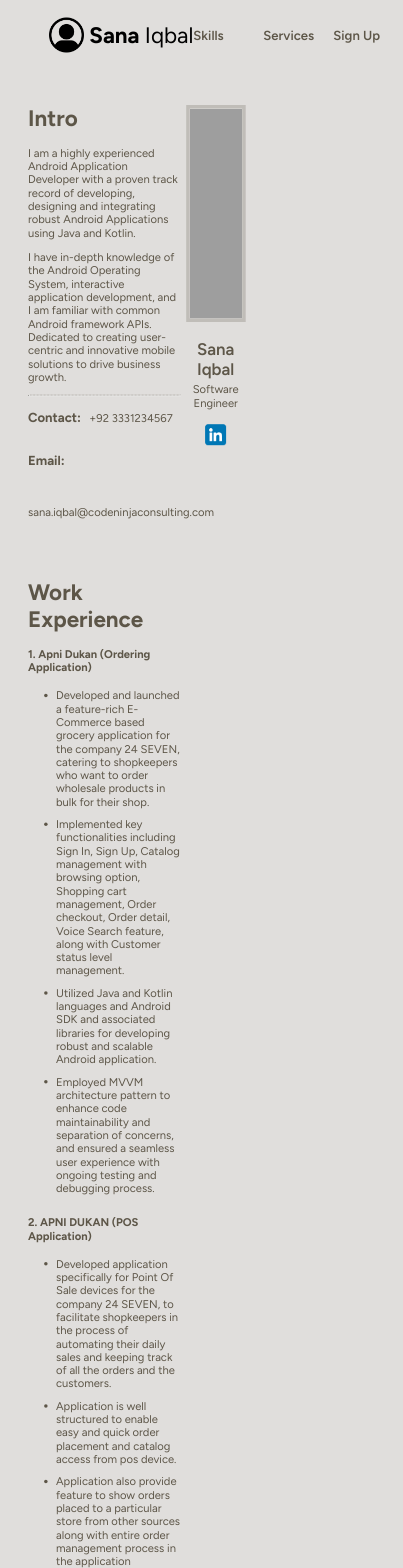
Repository: SanaIqbalDev/Portfolio
Page: portfolio.html
The author's editor kept a copy of each file at every save. The page is drawn from the files as they stood at one save, then again after the next save.
The browser window is 375 px wide. The page is 576 px wide, so the pictures cover 576 px, including what lies to the right of the window. The pictures show the part of the page from y = 0 to 2240 px (the page is 5297 px tall before and 5287 px after), at 70% of full size.
Pictures or frames that could not be fetched are drawn as grey boxes. The page's requests for data from a server got no answer.

Above is the page before, as saved 2023-08-18 16:25:37.

After the next save:
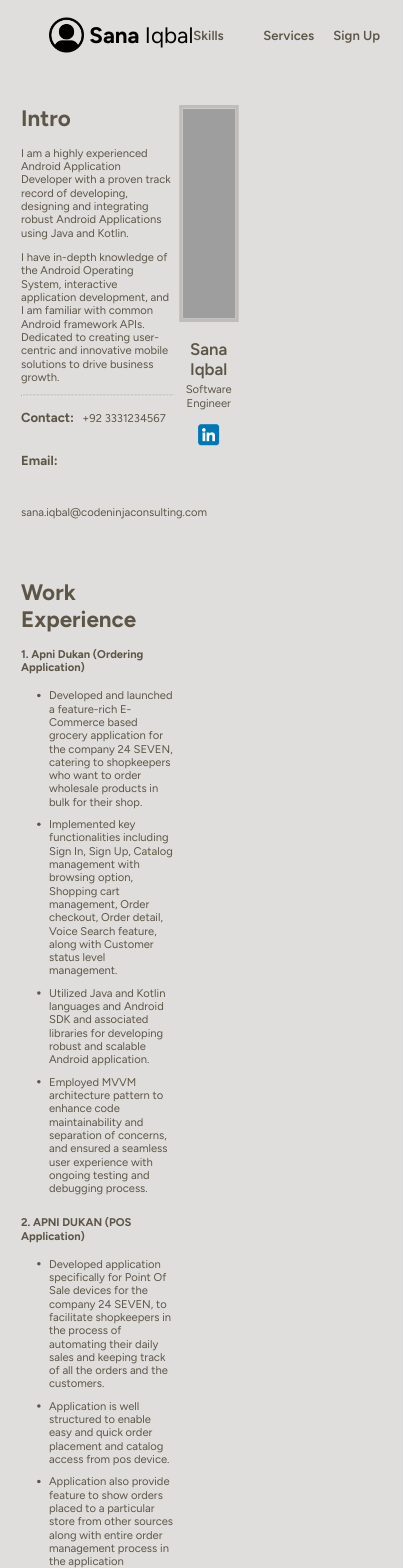
Saved 119 s later.
--- a/styles.css
+++ b/styles.css
@@ -621,5 +621,12 @@ th {
         border: 5px solid #c0bdb8;
     }
 
+    main {
+        width: 100%;
+        margin-left: auto;
+        margin-right: auto;
+        margin-bottom: 200px;
+        padding: 0px;
+    }
 
   }
